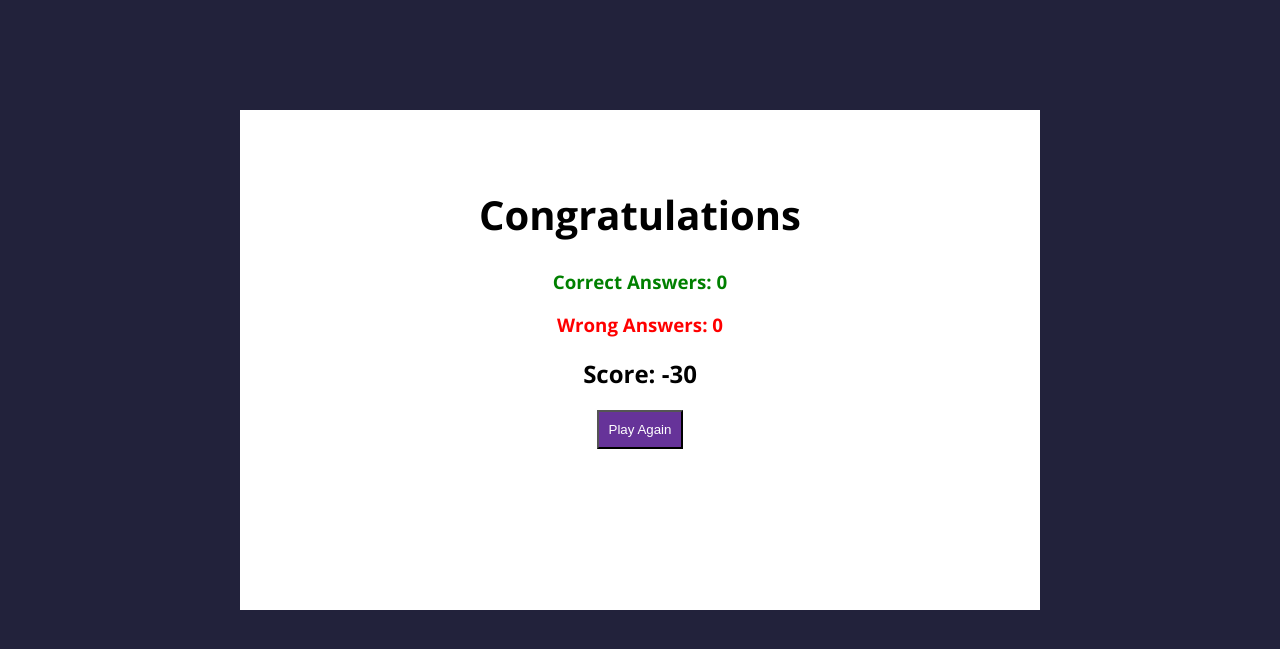
Repository: Wanglongzhi2001/Learn-javascript
Page: quiz/quiz.html
The author's editor kept a copy of each file at every save. The page is drawn from the files as they stood at one save, then again after the next save.
The browser window is 1280 px wide. The pictures show the whole page.

Above is the page before, as saved 2023-02-02 19:47:48.

### quiz/quiz.html
<html lang="en">
<head>
    <meta charset="UTF-8">
    <meta http-equiv="X-UA-Compatible" content="IE=edge">
    <meta name="viewport" content="width=device-width, initial-scale=1.0">
    <!-- 使用谷歌字体 -->
    <link
      href="https://fonts.googleapis.com/css2?family=Open+Sans:wght@300;400;500;600;700;800&display=swap"
      rel="stylesheet"
    />
    <link rel="stylesheet" href="./quiz.css">
    <title>quiz project</title>
</head>
<body>
    <div class="container">
        <div class="game">
            <div class="content">
                <h1 class="question">Which of these fish is actually a fish?</h1>
                <div class="answers">
                    <div class="answer">
                        <input name="answer" type="radio" id="answer1" value="false">
                        <label for="answer1">Answer1</label>
                    </div>
                </div>
                <div class="answers">
                    <div class="answer">
                        <input name="answer" type="radio" id="answer2" value="false">
                        <label for="answer2">Answer2</label>
                    </div>
                </div>
                <div class="answers">
                    <div class="answer">
                        <input name="answer" type="radio" id="answer3" value="false">
                        <label for="answer3">Answer3</label>
                    </div>
                </div>
                <div class="answers">
                    <div class="answer">
                        <input name="answer" type="radio" id="answer4" value="false">
                        <label for="answer4">Answer4</label>
                    </div>
                </div>
            </div>
            <button class="submit">Submit</button>
        </div>
        <div class="result">
            <h1>Congratulations</h1>
            <h3 class="correct">Correct Answers: 0</h3>
            <h3 class="wrong">Wrong Answers: 0</h3>
            <h2 class="score">Score: -30</h2>
            <button class="play">Play Again</button>
        </div>
    </div>
    <script src="./quiz.js"></script>
</body>
</html>

### quiz/quiz.css
body{
    background-color: #22223b;
    display: flex;
    align-items: center;
    justify-content: center;
    font-family: "Open Sans", sans-serif;
}

.container{
    width: 800px;
    height: 500px;
    background-color: white;
    position: relative; /* 调整为相对位置使得提交按钮在contiainer底部而不是页面底部 */
}

.content{
    padding: 50px;
}

/* 调整问题字体大小 */
.question{
    font-size: 40px;
}

.answer{
    font-size: 24px;
    margin-bottom: 20px; /* 控制间距 */
    color:#333; /* 使字不那么黑，柔和一点 */
}
/* 使用绝对位置调整submit按钮位置 */
.submit{
    background-color: rebeccapurple;
    color: white;
    border: none;
    width: 100%;;
    height: 50px;
    cursor: pointer;
    position:absolute;
    bottom: 0;
}

.game{
    display: none;
}

.result{
    /* display: none; */
    padding: 50px;
    text-align: center;
}

.result h1{
    font-size: 40px;
}

.correct{
    color: green;
}

.wrong{
    color: red;
}

.play{
    color: white;
    background-color: rebeccapurple;
    padding: 10px;
}

Loaded but not shown: quiz/quiz.js (no stored copy; drawn as an empty file)

After the next save:
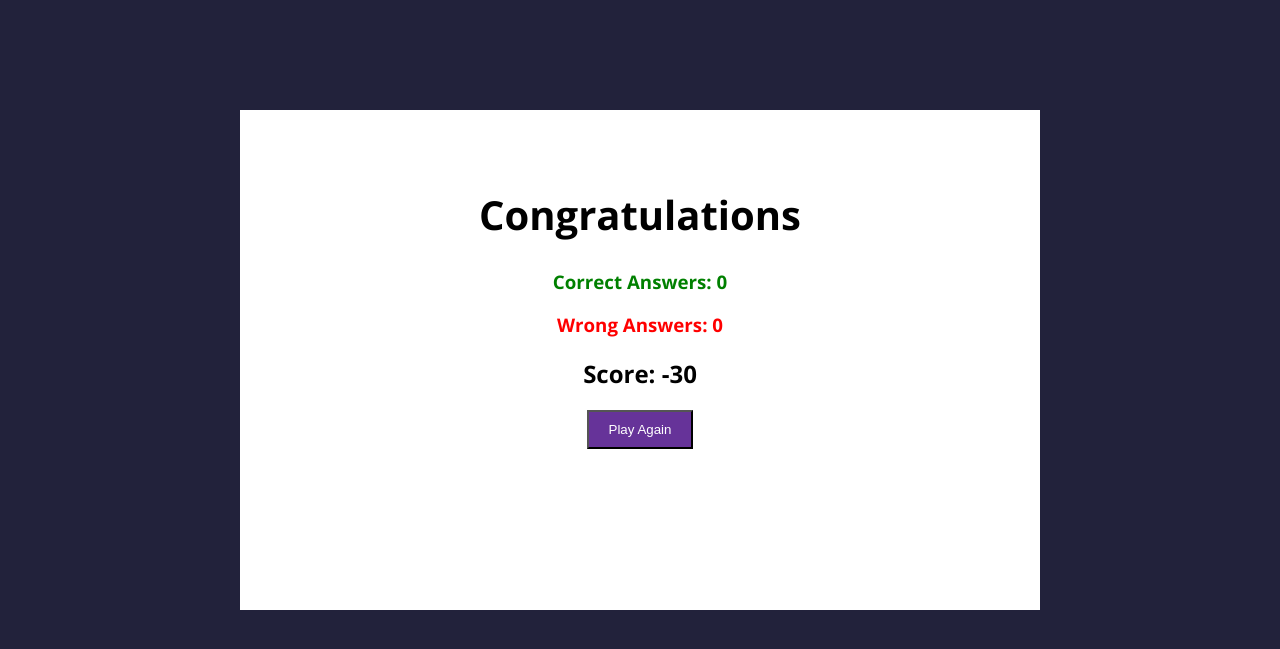
Saved 10 s later.
--- a/quiz/quiz.css
+++ b/quiz/quiz.css
@@ -64,5 +64,5 @@ body{
 .play{
     color: white;
     background-color: rebeccapurple;
-    padding: 10px;
+    padding: 10px 20px;
 }
